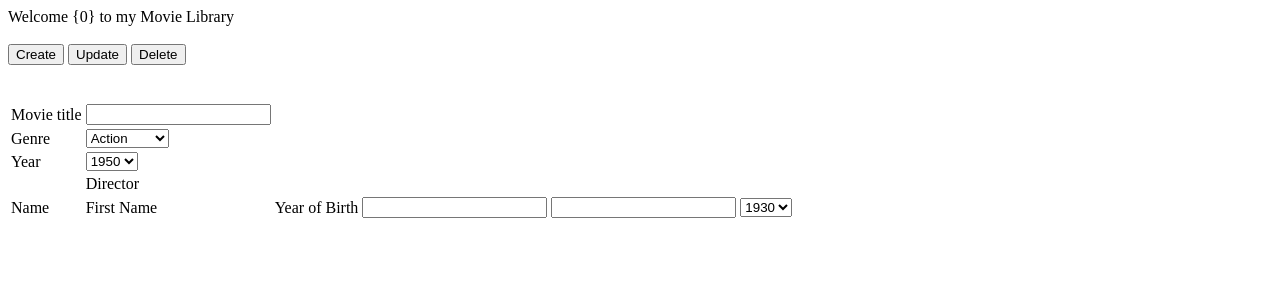
Repository: Romanetvin/InteractMovieLibrary
Page: http://localhost/Interact/views/home.jsp
These files come from the project's save history. The page is drawn as it stood at one moment and after the next save; the edit follows.
The browser window is 1280 px wide. The pictures show the whole page.
The page is served by Tomcat 9.

Above is the page before, as saved 2017-02-01 14:24:03.

After the next save:
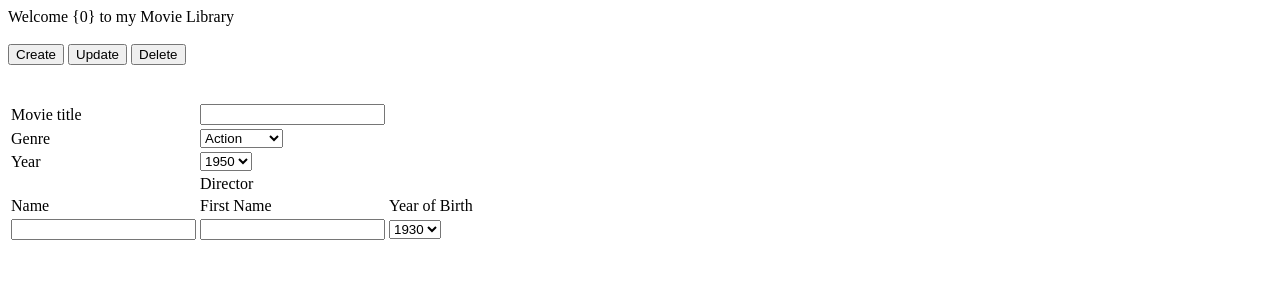
Saved 30 s later.
--- a/Interact/src/main/webapp/views/home.jsp
+++ b/Interact/src/main/webapp/views/home.jsp
@@ -56,10 +56,11 @@
 					</td>
 				</tr>
 				<tr>
-				<td></td><td> Director</td>
+					<td></td><td> Director</td>
 				</tr>
 				<tr>
-				<td>Name</td><td>First Name</td><td>Year of Birth</td>
+					<td>Name</td><td>First Name</td><td>Year of Birth</td>
+				</tr>
 				<td><input type="text" name="directorName"></td><td><input type="text" name="directorFN"></td><td><select>
 					<%for(int i = 1930; i<2001;i++){ %>
 						<option name="year" value="<%=i%>"><%=i%></option>
